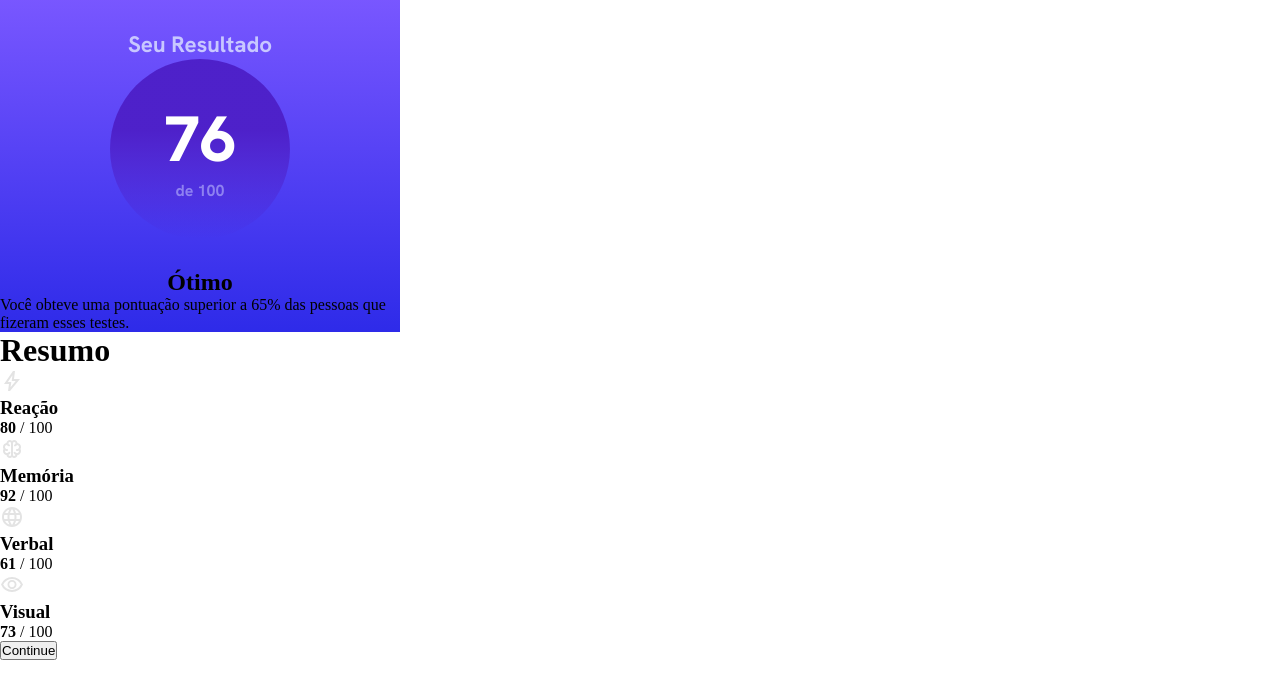
Repository: caique2512/resumo-de-resultados
Page: index.html
An editor plug-in stored every save of this project. The page is shown before and after the next save, followed by the edit.
The browser window is 1280 px wide. The pictures show the whole page.

Above is the page before, as saved 2026-03-09 16:16:55.

After the next save:
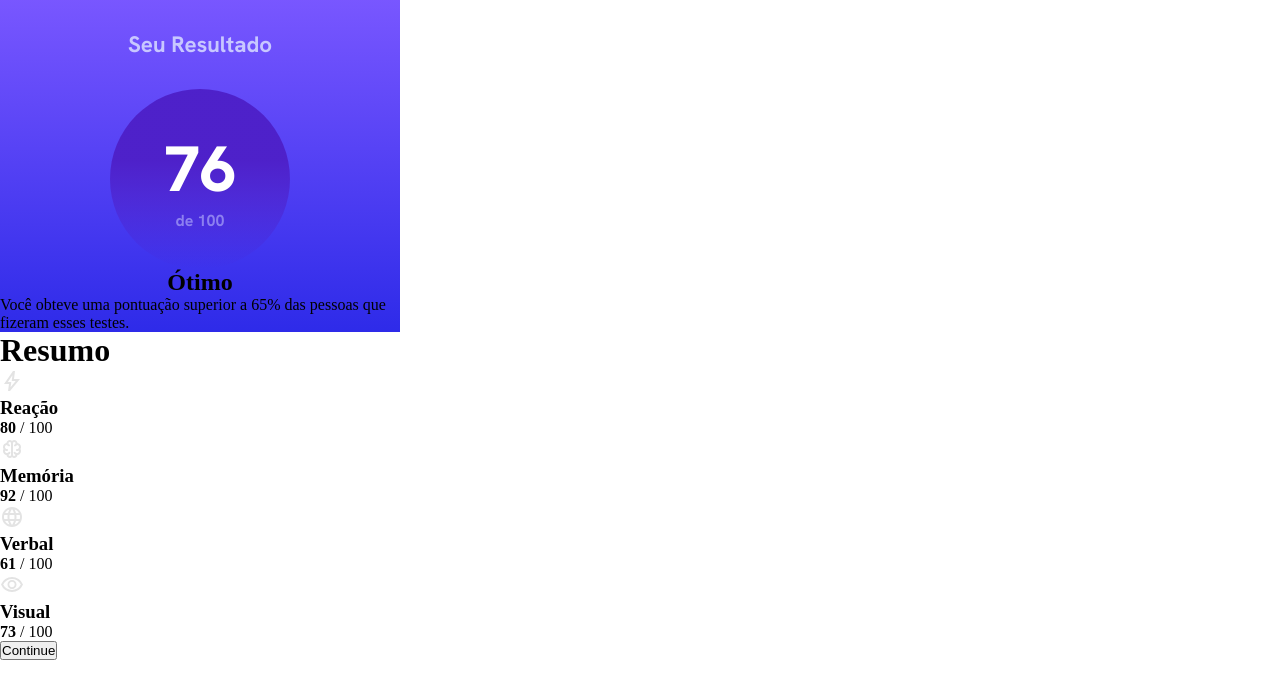
Saved 7 s later.
--- a/src/css/estilos.css
+++ b/src/css/estilos.css
@@ -25,7 +25,7 @@
     align-items: center;
     justify-content: center;
     flex-direction: column;
-    margin-bottom: 30px;
+    margin-top: 30px;
 }
 
 .circulo h2 {
